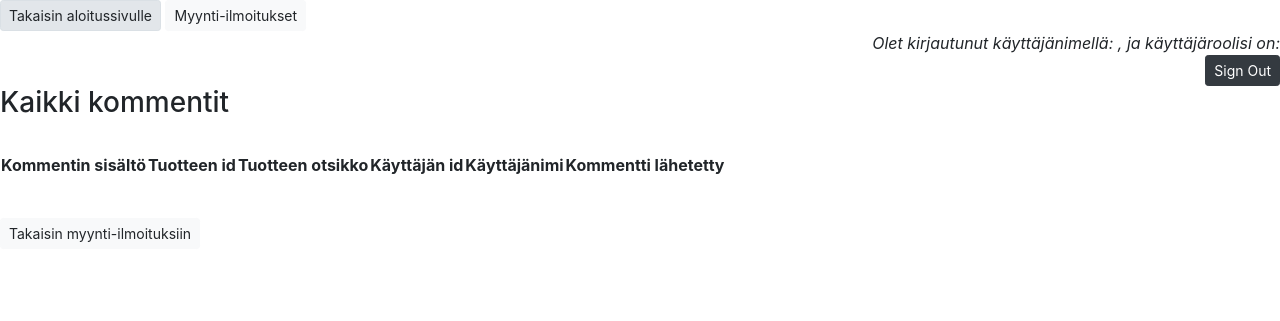
Repository: LiljestromNadja/Backend_s2023_harjoitustyo
Page: http://localhost/allComments
An editor plug-in stored every save of this project. The page is shown before and after the next save, followed by the edit.
The browser window is 1280 px wide. The pictures show the whole page.
The page is this project's Thymeleaf template; nobody is signed in. The template is opened directly, without the code that normally fills it, so the values that code supplies are empty.

Above is the page before, as saved 2023-11-09 17:53:38.

### harkkas23v01/src/main/resources/templates/allComments.html
<!DOCTYPE HTML>
<html xmlns:th="http://www.thymeleaf.org">
	<head>
	<title>Kaikki kommentit</title>
	<meta http-equiv="Content-Type" content="text/html; charset=UTF-8" />
	<!-- Bootstrap-linkki vaihdettu 30-10-2023 -->
	<link rel="stylesheet" href="https://cdn.jsdelivr.net/npm/bootstrap@4.0.0/dist/css/bootstrap.min.css" integrity="sha384-Gn5384xqQ1aoWXA+058RXPxPg6fy4IWvTNh0E263XmFcJlSAwiGgFAW/dAiS6JXm" crossorigin="anonymous"> <!-- Lisättiin tyyli, bootstrap 4.0 -->
	<!-- Lisättiin tyyli, bootstrap 4.0 -->
	</head>
	<body>
		<div>
			<a href="/index"><button class="text-left btn btn-light btn-sm">Takaisin aloitussivulle</button></a>
			<a href="/articlelist"><button class="text-left btn btn-light btn-sm">Myynti-ilmoitukset</button></a>
		</div>

		<div class="text-right">
			<i>Olet kirjautunut käyttäjänimellä: <b sec:authentication="name"></b>,
				ja käyttäjäroolisi on: <b sec:authentication="principal.authorities"></b></i>

			<br>
			<form class="text-right" th:action="@{/logout}" method="post">
				<input type="submit" value="Sign Out" class="btn btn-sm btn-dark" />
			</form>

		</div>
		<h3>Kaikki kommentit</h3>
		<table>
			<tr>
				<th>Kommentin sisältö</th> <!-- th == tableHeader -->
				<th>Tuotteen id</th>
				<th>Tuotteen otsikko</th>
				<th>Käyttäjän id</th>
				<th>Käyttäjänimi</th>
				<th>Kommentti lähetetty</th>
				<th sec:authorize="hasAuthority('ADMIN')">Adminin alue</th>
				</br>
			</tr>

			<tr th:each="comment : ${comments}">
				<td th:text="${comment.commentmessage}"></td>
				<td th:text="${comment?.article?.id}"></td>
				<td th:text="${comment?.article?.title}"></td>
				<td th:text="${comment?.applicationuser?.id}"></td>
				<td th:text="${comment?.applicationuser?.username}"></td>
				<td th:text="${comment.commentcreated}"></td>

				<!-- Vain ADMIN-roolin omaavalla on oikeus poistaa kommentteja -->
				<td sec:authorize="hasAuthority('ADMIN')"><a th:href="@{/deleteComment/{id}(id=${comment.commentid})}" class="btn btn-xs btn-danger btn-sm">Delete</a></td>
			</tr>
		</table>

		<div style="clear: both; display: block; height: 40px;"></div>

		<a href="/articlelist"><button class="text-left btn btn-light btn-sm">Takaisin myynti-ilmoituksiin</button></a>


		<!-- USER tai ADMIN voi lisätä kommentin. Alloleva linkki osoittaa endpointiin chooseArticleToComment,
		jossa kommentti liitetään käyttäjän listauksesta valitsemaan myynti-ilmoitukseen-->
		<a sec:authorize="hasAuthority('ADMIN') or hasAuthority('USER')"  th:href="@{chooseArticleToComment/}">
			<button class="text-left btn btn-dark btn-sm">Kommentoi valitsemaasi ilmoitusta</button>
		</a>

	</body>
</html>

After the next save:
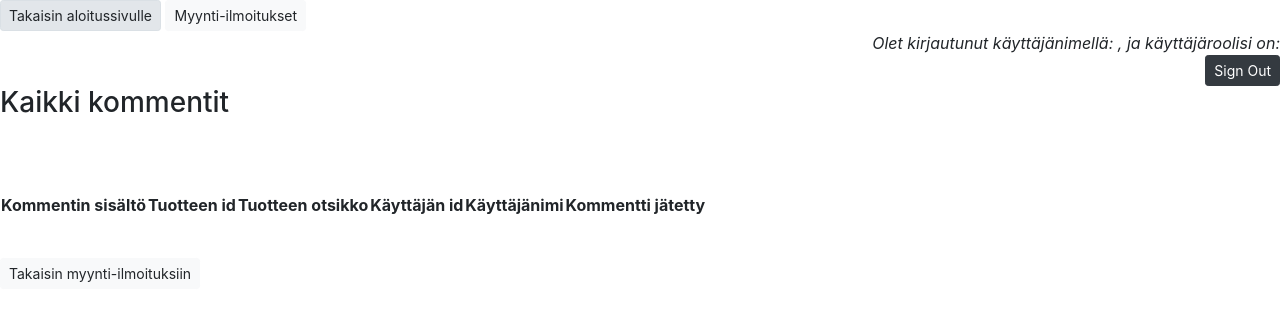
Saved 21 s later.
--- a/harkkas23v01/src/main/resources/templates/allComments.html
+++ b/harkkas23v01/src/main/resources/templates/allComments.html
@@ -24,6 +24,9 @@
 
 		</div>
 		<h3>Kaikki kommentit</h3>
+
+		<div style="clear: both; display: block; height: 40px;"></div>
+
 		<table>
 			<tr>
 				<th>Kommentin sisältö</th> <!-- th == tableHeader -->
@@ -31,7 +34,7 @@
 				<th>Tuotteen otsikko</th>
 				<th>Käyttäjän id</th>
 				<th>Käyttäjänimi</th>
-				<th>Kommentti lähetetty</th>
+				<th>Kommentti jätetty</th>
 				<th sec:authorize="hasAuthority('ADMIN')">Adminin alue</th>
 				</br>
 			</tr>
